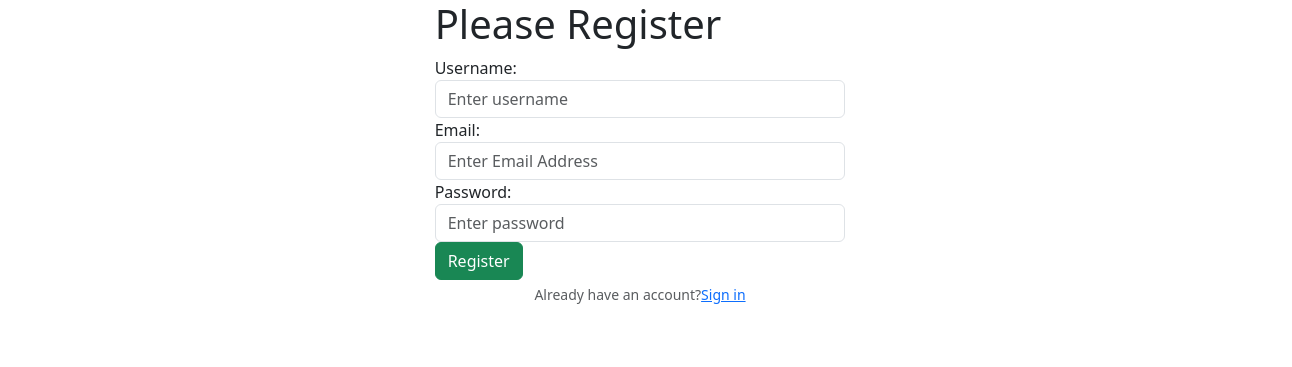
Repository: oksana117/news-app
Page: /register (app in client/)
An editor plug-in stored every save of this project. The page is shown before and after a run of saves, followed by the edit.
The browser window is 1280 px wide. The page is 1292 px wide, so the pictures cover 1292 px, including what lies to the right of the window. The pictures show the whole page.
The project was rebuilt for these pictures with package versions that can differ from the ones it lists, and the page was loaded fresh each time. Also part of the build but not shown: client/vite.config.js, client/src/Login.jsx.

Above is the page before, as saved 2024-09-26 16:58:21.

After the next 2 saves:
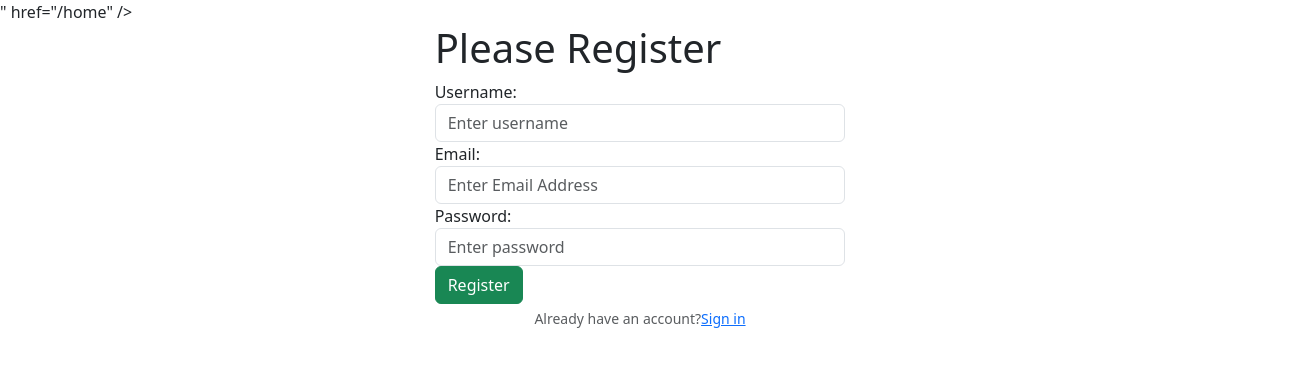
The 2 saves are shown as one change because they came seconds apart.
The last was saved 9 s later.
--- a/client/index.html
+++ b/client/index.html
@@ -3,7 +3,7 @@
 
 <head>
   <meta charset="UTF-8" />
-  <link rel="icon" type="image" href="/home" />
+  <link rel="icon" type="<i class="bi bi-newspaper"></i>" href="/home" />
   <meta name="viewport" content="width=device-width, initial-scale=1.0" />
   <title> Latest News</title>
 </head>

After the save that followed:
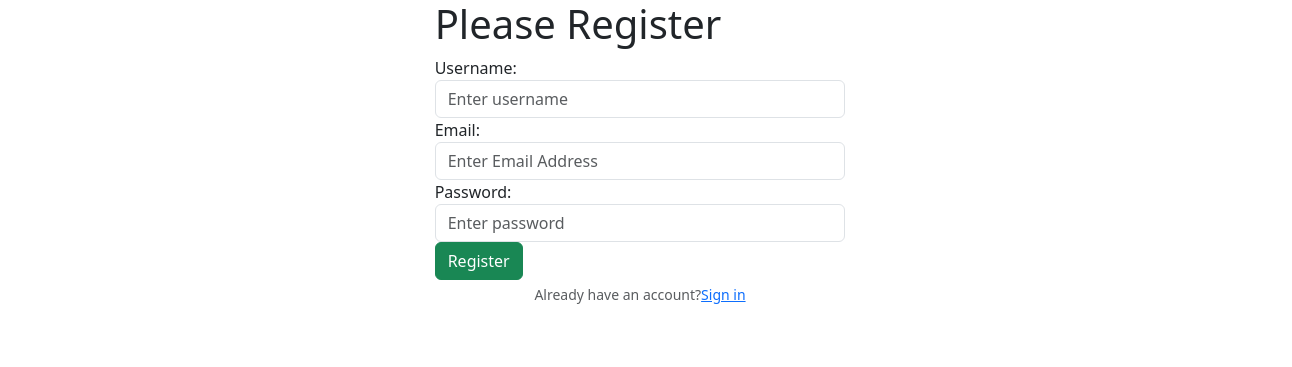
Saved 7 s later.
--- a/client/index.html
+++ b/client/index.html
@@ -3,9 +3,9 @@
 
 <head>
   <meta charset="UTF-8" />
-  <link rel="icon" type="<i class="bi bi-newspaper"></i>" href="/home" />
+  <link rel="icon" type="image/svg+xml" href="/home" />
   <meta name="viewport" content="width=device-width, initial-scale=1.0" />
-  <title> Latest News</title>
+  <title></title>
 </head>
 
 <body>
